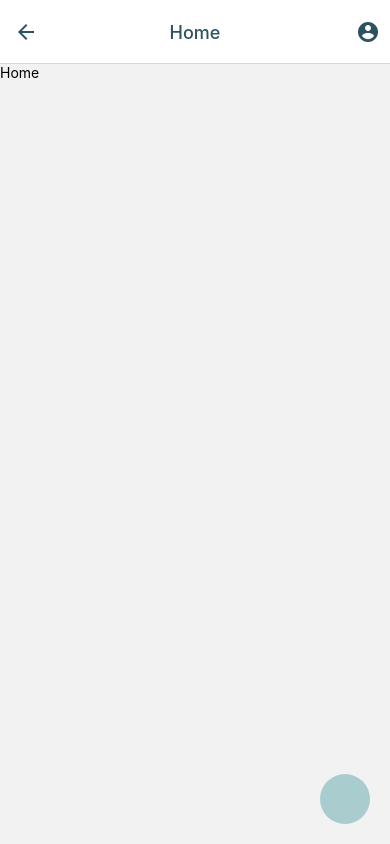
Repository: SaudCh/Expo-Pethub
Screen: /Home
An editor plug-in stored every save of this project. The screen is shown before and after a run of saves, followed by the edit.
The app was drawn by React Native's web renderer in a window 390 px wide. The project was rebuilt for these pictures with package versions that can differ from the ones it lists, and the page was loaded fresh each time. Also part of the build but not shown: Screens/Signup.js, Screens/Profile.js, Screens/UpdateProfile.js, Screens/ForgetPassword.js.

Above is the screen before, as saved 2022-11-15 00:50:44.

After the next 2 saves:
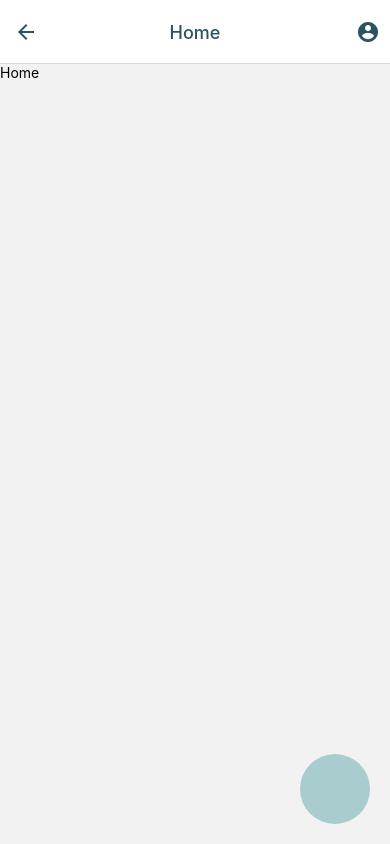
The 2 saves are shown as one change because they came seconds apart.
The last was saved 8 s later.
--- a/Screens/Home.js
+++ b/Screens/Home.js
@@ -15,8 +15,8 @@ export default function Home() {
 
 const styles = StyleSheet.create({
   floatingPoint: {
-    width: 50,
-    height: 50,
+    width: 70,
+    height: 70,
     borderRadius: 50,
     backgroundColor: '#A9CCCF',
     position: 'absolute',
